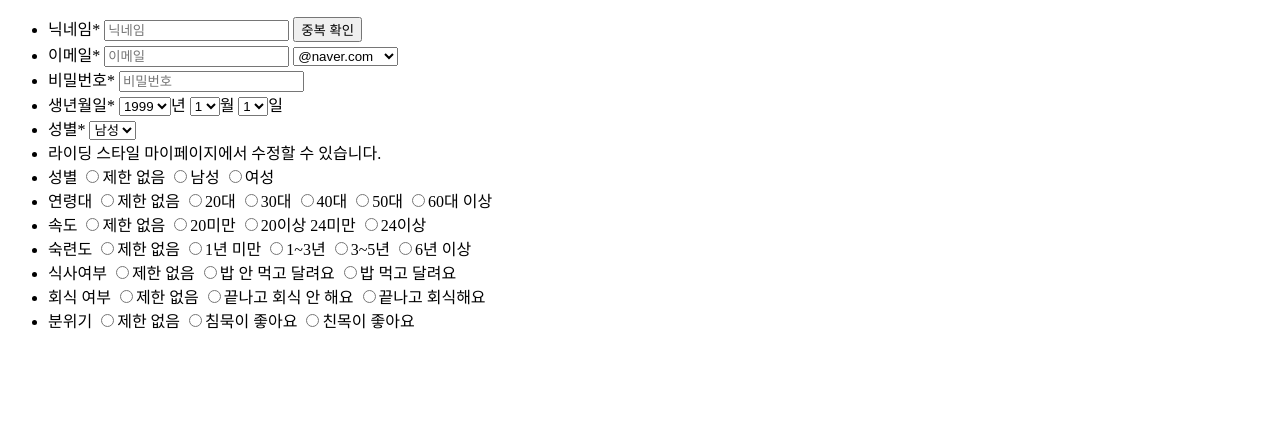
Repository: onpul/TEAM1
Page: http://localhost/Riding/mj/JoinForm.jsp
These files come from the project's save history. The page is drawn as it stood at one moment and after the next save; the edit follows.
The browser window is 1280 px wide. The pictures show the whole page.
The page is served by Tomcat 9. Other server files are loaded and not shown.

Above is the page before, as saved 2022-06-04 09:52:03.

### Riding/WebContent/mj/JoinForm.jsp
<%@page import="org.apache.jasper.tagplugins.jstl.core.ForEach"%>
<%@ page contentType="text/html; charset=UTF-8"%>
<%
	request.setCharacterEncoding("UTF-8");
	String cp = request.getContextPath();
%>
<!DOCTYPE html>
<html>
<head>
<meta charset="UTF-8">
<title>JoinForm.jsp</title>
</head>
<body>

<div>
	<form action="">
		<ul>
			<li>닉네임* <input type="text" placeholder="닉네임"/> <button type="button">중복 확인</button></li>
			<li>이메일* <input type="text" placeholder="이메일"/></input>
						<select name="" id="">
							<option value="네이버">@naver.com</option>
							<option value="구글">@google.com</option>
							<option value="네이트">@nate.com</option>
						</select>
			</li>
			<li>비밀번호* <input type="password" placeholder="비밀번호"/></li>
			<li>생년월일*
				<select name="birthyear" id="birthyear">
					<option value="year">1999</option>
					<option value="year">2000</option>
					<option value="year">2001</option>
				</select>년
				<select name="birthmonth" id="birthmonth">
					<option value="month">1</option>
					<option value="month">2</option>
					<option value="month">3</option>
				</select>월
				<select name="birthday" id="birthday">
					<option value="day">1</option>
					<option value="day">2</option>
					<option value="day">3</option>
				</select>일
			</li>
			<li>성별*
				<select name="gender" id="gender">
					<option value="male">남성</option>
					<option value="female">여성</option>
				</select>
			</li>
			<li>라이딩 스타일 <span>마이페이지에서 수정할 수 있습니다.</span></li>
			<li>성별
				<input type="radio" name="gender" value="nolimit"/>제한 없음
				<input type="radio" name="gender" value="male"/>남성
				<input type="radio" name="gender" value="female"/>여성
			</li>
			<li>연령대
				<input type="radio" name="age" value="nolimit"/>제한 없음
				<input type="radio" name="age" value="20"/>20대
				<input type="radio" name="age" value="30"/>30대
				<input type="radio" name="age" value="40"/>40대
				<input type="radio" name="age" value="50"/>50대
				<input type="radio" name="age" value="60"/>60대 이상
			</li>
			<li>속도
				<input type="radio" name="speed" value="nolimit"/>제한 없음
				<input type="radio" name="speed" value="20미만"/>20미만
				<input type="radio" name="speed" value="20이상 24미만"/>20이상 24미만
				<input type="radio" name="speed" value="24이상"/>24이상
			</li>
			<li>숙련도
				<input type="radio" name="step" value="nolimit"/>제한 없음
				<input type="radio" name="step" value="1년 미만" />1년 미만
				<input type="radio" name="step" value="1~3년" />1~3년
				<input type="radio" name="step" value="3~5년" />3~5년
				<input type="radio" name="step" value="6년 이상" />6년 이상
			</li>
			<li>식사여부
				<input type="radio" name="eat" value="nolimit"/>제한 없음
				<input type="radio" name="eat" value="밥 안 먹고 달려요"/>밥 안 먹고 달려요
				<input type="radio" name="eat" value="밥 먹고 달려요"/>밥 먹고 달려요
			</li>
			<li>회식 여부
				<input type="radio" name="dinning" value="nolimit"/>제한 없음
				<input type="radio" name="dinning" value="끝나고 회식 안 해요"/>끝나고 회식 안 해요
				<input type="radio" name="dinning" value="끝나고 회식해요"/>끝나고 회식해요
			</li>
			<li>분위기
				<input type="radio" name="mood" value="nolimt"/>제한 없음
				<input type="radio" name="mood" value="침묵이 좋아요"/>침묵이 좋아요
				<input type="radio" name="mood" value="친목이 좋아요"/>친목이 좋아요
			</li>
		</ul>
	</form>
</div>

</body>
</html>

After the next save:
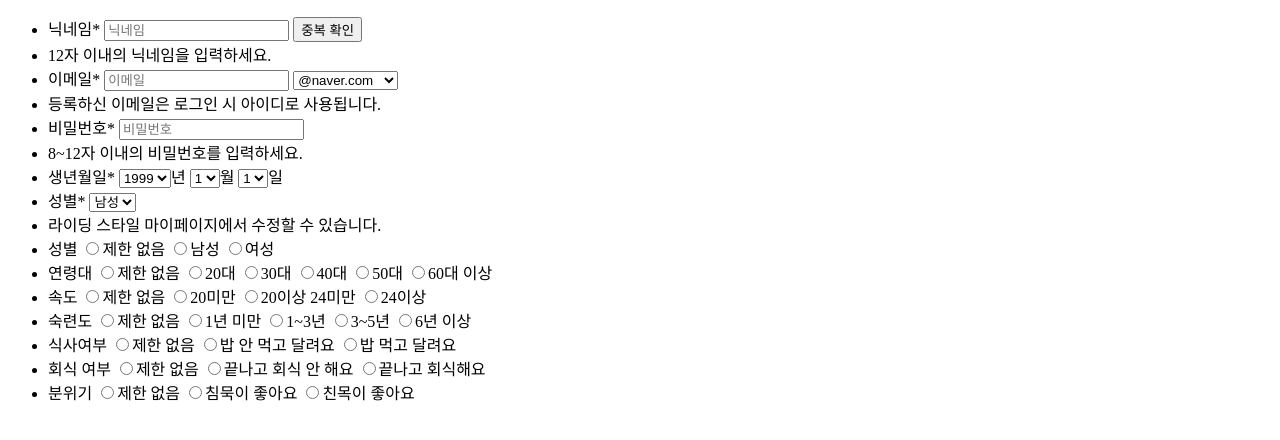
Saved 22 s later.
--- a/Riding/WebContent/mj/JoinForm.jsp
+++ b/Riding/WebContent/mj/JoinForm.jsp
@@ -16,6 +16,7 @@
 	<form action="">
 		<ul>
 			<li>닉네임* <input type="text" placeholder="닉네임"/> <button type="button">중복 확인</button></li>
+			<li><span>12자 이내의 닉네임을 입력하세요.</span></li>
 			<li>이메일* <input type="text" placeholder="이메일"/></input>
 						<select name="" id="">
 							<option value="네이버">@naver.com</option>
@@ -23,7 +24,9 @@
 							<option value="네이트">@nate.com</option>
 						</select>
 			</li>
+			<li><span>등록하신 이메일은 로그인 시 아이디로 사용됩니다.</span></li>
 			<li>비밀번호* <input type="password" placeholder="비밀번호"/></li>
+			<li><span>8~12자 이내의 비밀번호를 입력하세요.</span></li>
 			<li>생년월일*
 				<select name="birthyear" id="birthyear">
 					<option value="year">1999</option>
